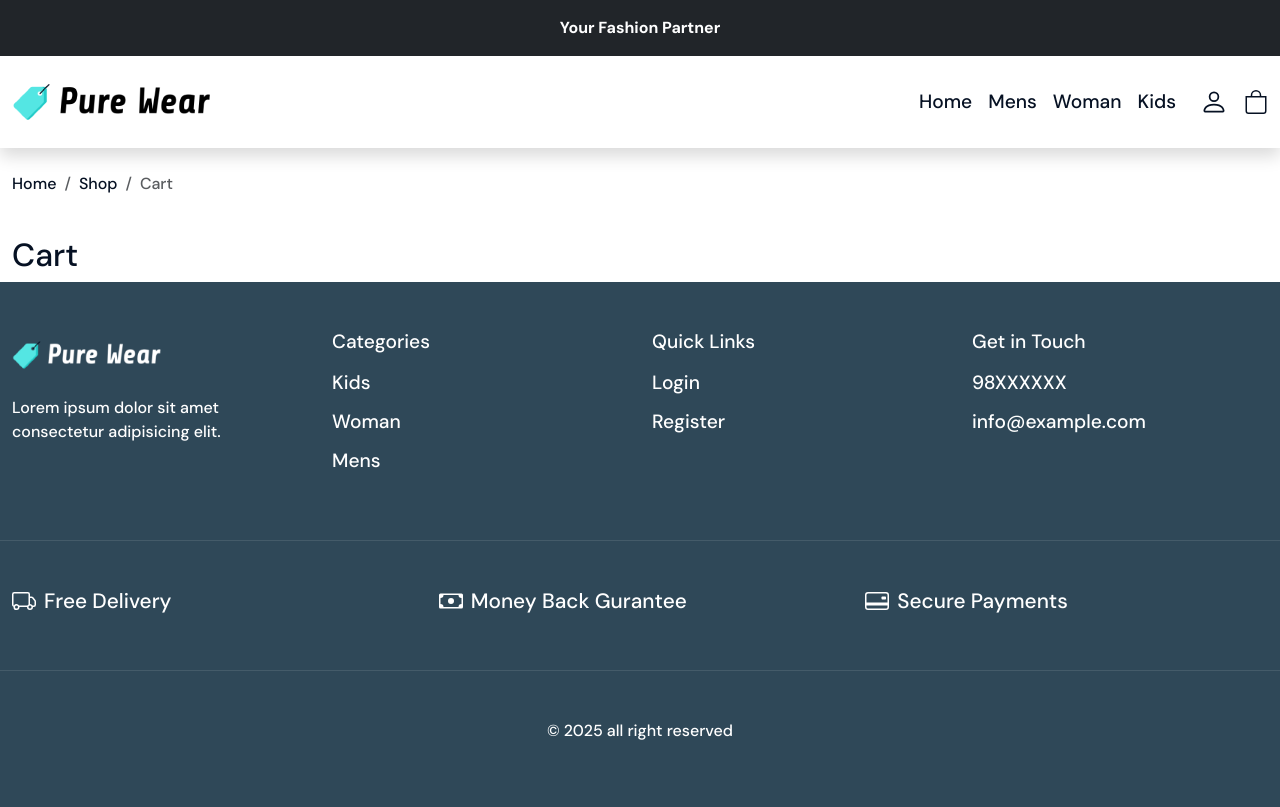
Repository: rajendratamang/react_ecommerce
Page: /cart
The author's editor kept a copy of each file at every save. The page is drawn from the files as they stood at one save, then again after a run of saves.
The browser window is 1280 px wide. The pictures show the whole page.
The project was rebuilt for these pictures with package versions that can differ from the ones it lists, and the page was loaded fresh each time. Also part of the build but not shown: vite.config.js, src/components/common/LatestProduct.jsx, src/components/common/FeaturedProducts.jsx, src/components/Home.jsx, src/components/Shop.jsx, src/components/Product.jsx.

Above is the page before, as saved 2025-11-06 14:46:35.

After the next 2 saves:
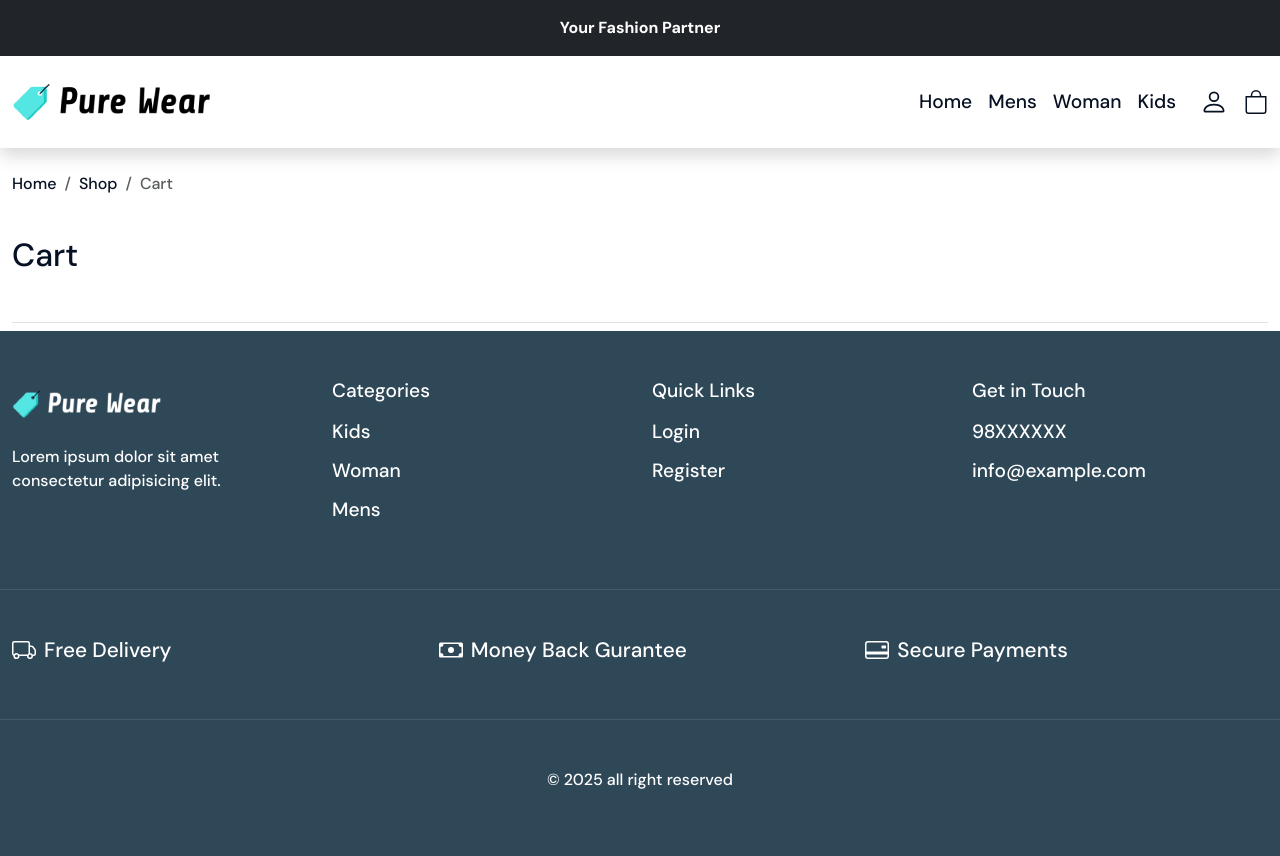
The 2 saves are shown as one change because they came seconds apart.
The last was saved 8 s later.
--- a/src/components/Cart.jsx
+++ b/src/components/Cart.jsx
@@ -19,7 +19,7 @@ const Cart = () => {
                         </nav>
                     </div>
                     <div className="col-md-12">
-                        <h2 className='border-'>Cart </h2>
+                        <h2 className='border-bottom pb-5'>Cart </h2>
                     </div>
                 </div>
             </div>
